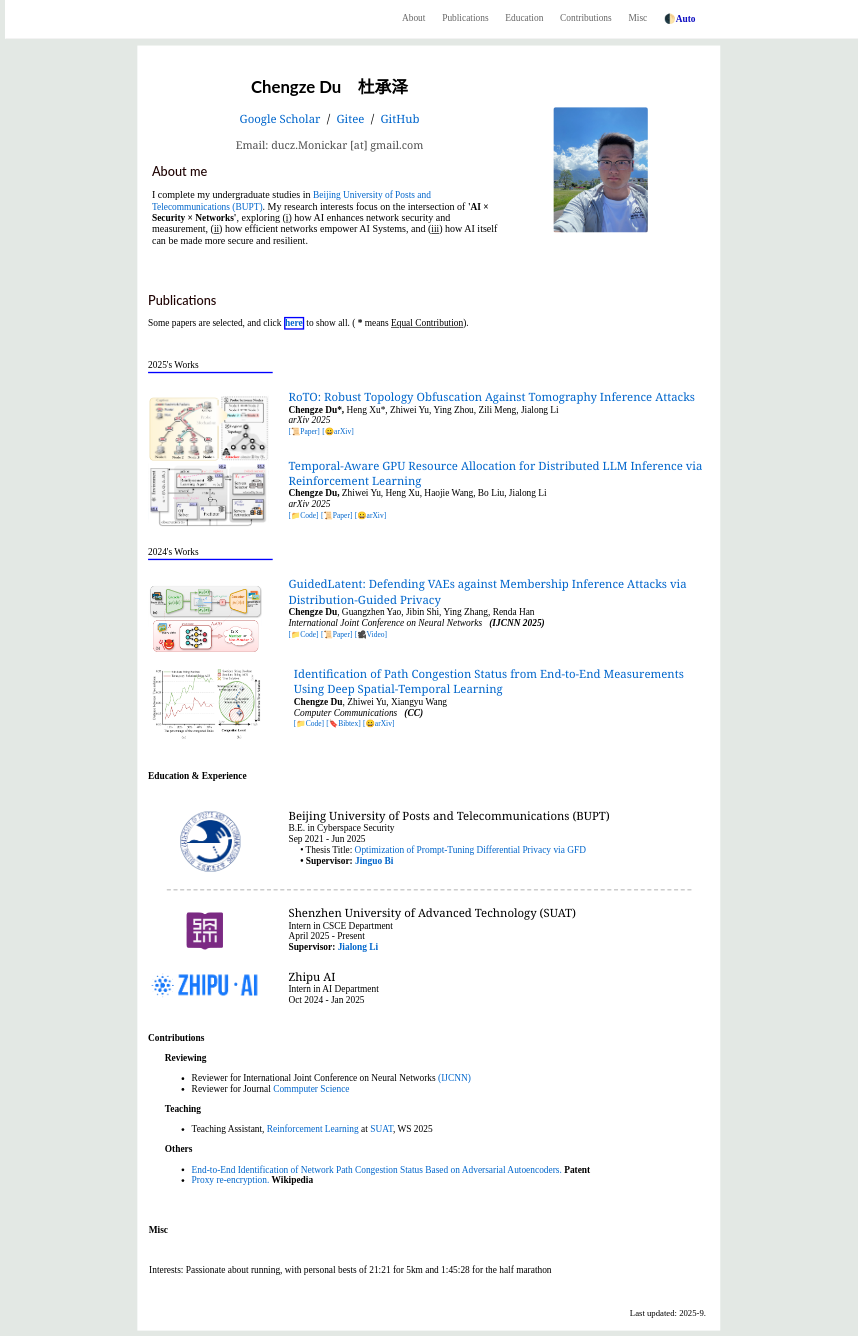
Repository: Monickar/Monickar.github.io
Page: index.html
The author's editor kept a copy of each file at every save. The page is drawn from the files as they stood at one save, then again after the next save.
The browser window is 1280 px wide. The pictures show the whole page, at 67% of full size.

Above is the page before, as saved 2025-10-28 18:53:20.

After the next save:
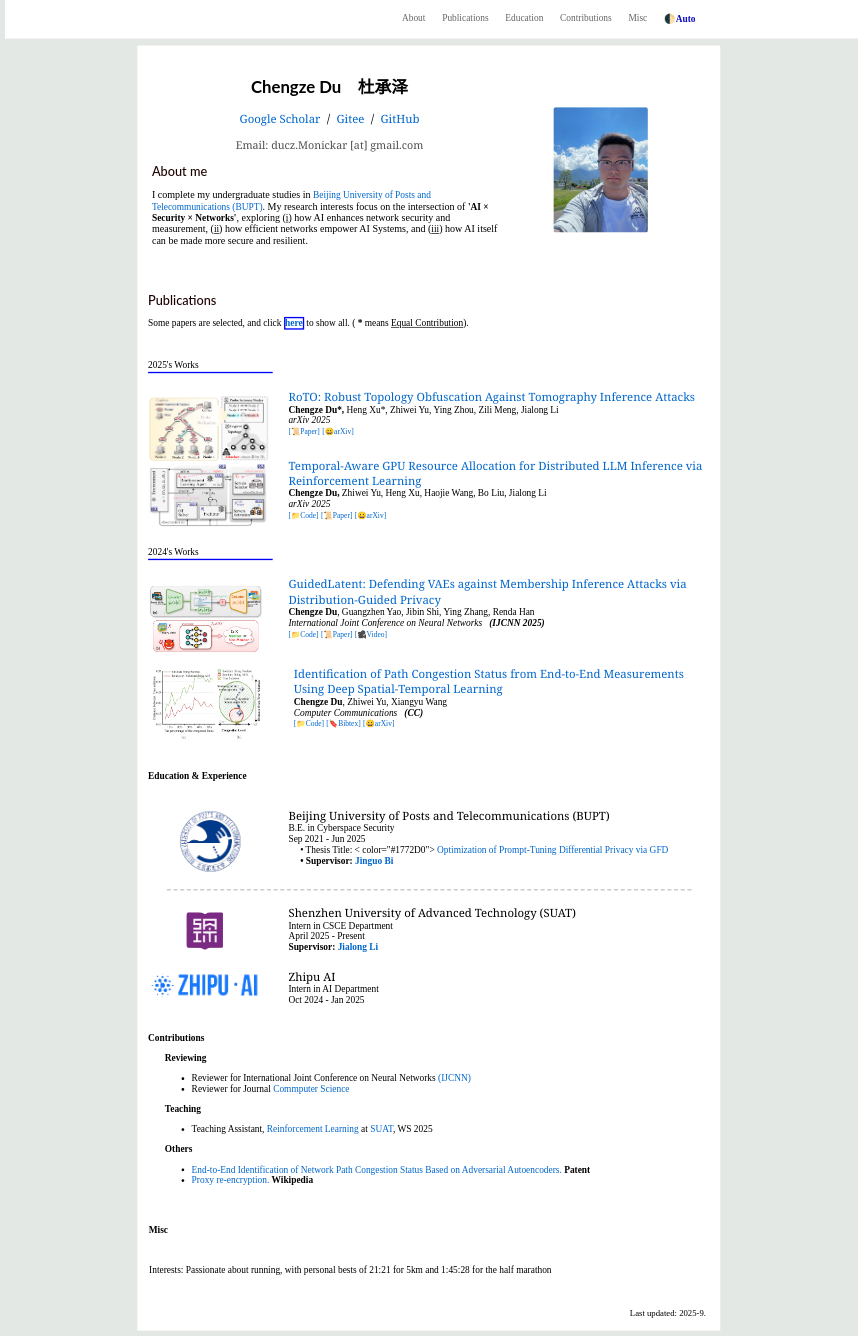
Saved 13 s later.
--- a/index.html
+++ b/index.html
@@ -247,7 +247,7 @@
               Sep 2021 - Jun 2025
               <br>
                 &emsp; • Thesis Title:
-                 <font color="#1772D0"> <a href="https://gitee.com/Monickar/Bachelor_Thesis" >  Optimization of Prompt-Tuning Differential Privacy via GFD</a> </font>
+                 < color="#1772D0"> <a href="https://gitee.com/Monickar/Bachelor_Thesis" >  Optimization of Prompt-Tuning Differential Privacy via GFD</a> </font>
               <br>
               <strong>
                 &emsp; • Supervisor: <a href="https://scss.bupt.edu.cn/info/1063/3984.htm">Jinguo Bi</a>

After the save that followed:
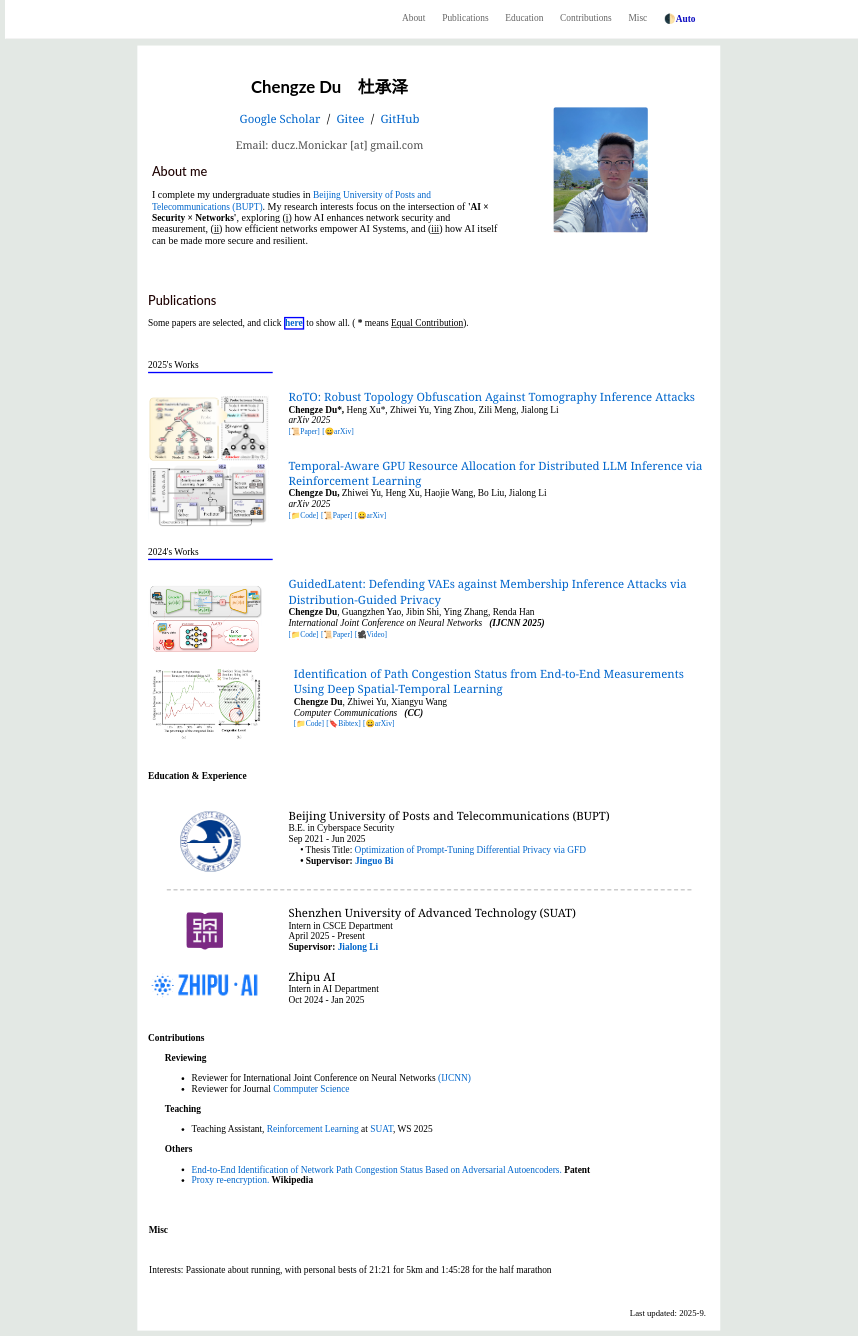
Saved 4 s later.
--- a/index.html
+++ b/index.html
@@ -247,7 +247,7 @@
               Sep 2021 - Jun 2025
               <br>
                 &emsp; • Thesis Title:
-                 < color="#1772D0"> <a href="https://gitee.com/Monickar/Bachelor_Thesis" >  Optimization of Prompt-Tuning Differential Privacy via GFD</a> </font>
+                 <color="#1772D0"> <a href="https://gitee.com/Monickar/Bachelor_Thesis" >  Optimization of Prompt-Tuning Differential Privacy via GFD</a> </font>
               <br>
               <strong>
                 &emsp; • Supervisor: <a href="https://scss.bupt.edu.cn/info/1063/3984.htm">Jinguo Bi</a>
